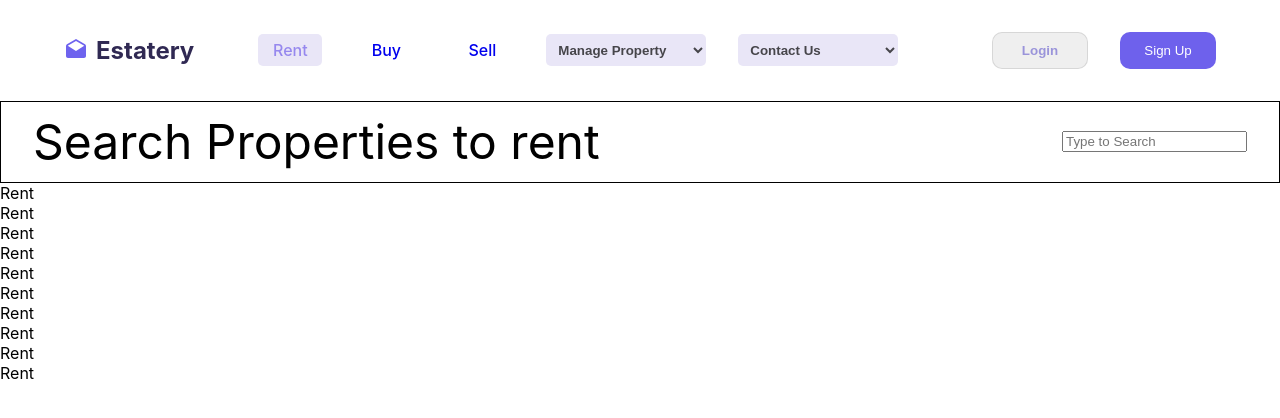
Repository: kapil4457/Reunion-Internship-Assignment
Page: /
An editor plug-in stored every save of this project. The page is shown before and after the next save, followed by the edit.
The browser window is 1280 px wide. The pictures show the whole page.
The project was rebuilt for these pictures with package versions that can differ from the ones it lists, and the page was loaded fresh each time. Also part of the build but not shown: src/App.css.

Above is the page before, as saved 2022-10-05 12:39:58.

### src/App.js
import { Route, Routes } from 'react-router-dom';
import './App.css';
import Header from './components/Header/Header';
import Home from  './components/Home/Home'
import Rent from './components/Rent/Rent';

function App() {
  return (
    <>
    <Header />
    <Routes>
      <Route path='/' element={<Home/>}/>
      <Route path='/rent' element={<Rent/>}/>
    </Routes>
    </>
  );
}

export default App;

### src/components/Header/Header.jsx
import React from "react";
import DraftsIcon from "@mui/icons-material/Drafts";
import { NavLink } from "react-router-dom";
import "./Header.css";
const Header = () => {
  return (
    <>
      <div className="header">
        <div className="left">
          <div className="logo">
            <DraftsIcon />
            <span>Estatery</span>
          </div>
          <div className="categories">
            <NavLink
              to="/rent"
              className={({ isActive }) => (isActive ? "activeClass" : "")}
            >
              Rent
            </NavLink>
            <NavLink
              strict
              to="/buy"
              className={({ isActive }) => (isActive ? "activeClass" : "")}
            >
              Buy
            </NavLink>
            <NavLink
              strict
              to="/sell"
              className={({ isActive }) => (isActive ? "activeClass" : "")}
            >
              Sell
            </NavLink>
            <select name="" id="manage">
              <option value="Manage Property" hidden>
                Manage Property
              </option>
              <option value="Owned">Owned</option>
              <option value="BookMarked">BookMarked</option>
            </select>
            <select name="" id="resources">
              <option value="contact">Contact Us</option>
              <option value="FAQ">FAQ</option>
            </select>
          </div>
        </div>
        <div className="right">
          <button className="login">Login</button>
          <button className="sign-up">Sign Up</button>
        </div>
      </div>
    </>
  );
};

export default Header;

### src/components/Home/Home.jsx
import React, { useEffect } from "react";
import { useNavigate } from "react-router-dom";

const Home = () => {
  const navigate = useNavigate();
  useEffect(() => {
    navigate("/rent");
  });
  return <></>;
};

export default Home;

### src/components/Rent/Rent.jsx
import React from "react";
import { home } from "../../home";
import RentCard from "../RentCard/RentCard";
import "./Rent.css";
const Rent = () => {
  return (
    <>
      <div className="rent-main">
        <div className="first">
          <div className="heading">Search Properties to rent</div>
          <input className="search-bar" placeholder="Type to Search" />
        </div>
        {home.map((item, idx) => (
          <RentCard data={item} key={idx} />
        ))}
      </div>
    </>
  );
};

export default Rent;

### src/components/Header/Header.css

.header{
display:flex;
justify-content:space-between;
align-items:center;
padding:2rem 4rem;
}

.left{
    display:flex;
    align-items:center;
    gap:4rem;
}
.left > .logo{
    display:flex;
    align-items:center;
    gap:0.5rem;
    font-size:1.5rem;
    font-weight:650;
    color:rgb(48,41,83);
}

.left > .logo > svg{
    color:rgb(110,99,238);
}

.categories{
    display:flex;
    align-items:center;
    gap:2rem;
}

.categories > a{
    text-decoration:none;
    font-weight:550;
    height:2rem;
    display:flex;
    align-items:center;
    width:4rem;
    justify-content: center;
}

.activeClass{
    color:rgb(150, 136, 238);
    background-color: rgb(233,230,247);
    border-radius: 5px;
}

.categories > select{
    width:10rem;
    height:2rem;
    border:none;
    outline:none;
    color:rgba(0,0,0,0.7);
    font-weight:550;
    background-color:rgb(233,230,247);
    border-radius:5px;
    padding:0 0.5rem;
}

.right{
    display:flex;
    align-items:center;
    gap:2rem;

}

.right > button {
    width:6rem;
    height:2.3rem;
    border-radius:10px;
    outline:none;

}

.login{
border:1px solid rgba(0,0,0,0.1);
color:rgb(154, 148, 218);
font-weight:650;
}

.sign-up
{
    background-color:rgb(110,97,236);
    color:white;
    border:none;
}

### src/home.js
export const home = [

        {
            state:"Nagpur",
            price:2500,
            address:" Lorem ipsum dolor sit amet consectetur adipisicing elit. Quis",
            bedCount:2,
            bathCount:2,
            area:"8x10",
            image:"h1.jpg",
            moveIn:new Date(2022,10,20)

        },
        {
            state:"Lonavala",
            price:2600,
            address:" Lorem ipsum dolor sit amet consectetur adipisicing elit. Quis",
            bedCount:2,
            bathCount:2,
            area:"8x12",
            image:"h2.jpg",
            moveIn:new Date(2022,11,20)


        },     {
            state:"Bathinda",
            price:3000,
            address:" Lorem ipsum dolor sit amet consectetur adipisicing elit. Quis",
            bedCount:3,
            bathCount:2,
            area:"10x12",
            image:"h3.jpg",
            moveIn:new Date(2022,11,12)


        },     {
            state:"Chandigarh",
            price:2700,
            address:" Lorem ipsum dolor sit amet consectetur adipisicing elit. Quis",
            bedCount:2,
            bathCount:2,
            area:"10x10",
            image:"h4.jpg",
            moveIn:new Date(2023,1,20)


        },     {
            state:"Pune",
            price:3800,
            address:" Lorem ipsum dolor sit amet consectetur adipisicing elit. Quis",
            bedCount:3,
            bathCount:3,
            area:"8x10",
            image:"h5.jpg",
            moveIn:new Date(2023,1,10)

        },     {
            state:"Shimla",
            price:3400,
            address:" Lorem ipsum dolor sit amet consectetur adipisicing elit. Quis",
            bedCount:3,
            bathCount:2,
            area:"12x10",
            image:"h6.jpg",
            moveIn:new Date(2023,2,15)


        },     {
            state:"Kochi",
            price:2100,
            address:" Lorem ipsum dolor sit amet consectetur adipisicing elit. Quis",
            bedCount:2,
            bathCount:2,
            area:"9x10",
            image:"h7.jpg",
            moveIn:new Date(2023 , 2 ,15)

        },     {
            state:"Banaras",
            price:2500,
            address:" Lorem ipsum dolor sit amet consectetur adipisicing elit. Quis",
            bedCount:2,
            bathCount:2,
            area:"8x10",
            image:"h8.jpg",
            moveIn:new Date(2023 , 3 ,19)


        },     {
            state:"Banglore",
            price:4000,
            address:" Lorem ipsum dolor sit amet consectetur adipisicing elit. Quis",
            bedCount:3,
            bathCount:2,
            area:"10x14",
            image:"h9.jpg",
            moveIn:new Date(2023 , 5 , 19)


        },     {
            state:"Aurangabad",
            price:3000,
            address:" Lorem ipsum dolor sit amet consectetur adipisicing elit. Quis",
            bedCount:2,
            bathCount:2,
            area:"8x10",
            image:"h10.jpg",
            moveIn:new Date(2023 , 6 , 6)


        },

]

### src/components/RentCard/RentCard.jsx
import React from "react";

const RentCard = ({ data }) => {
  return <div>Rent</div>;
};

export default RentCard;

### src/components/Rent/Rent.css
.first{
    display:flex;
    height:5rem;
    border:1px solid black;
    justify-content: space-between;
    align-items:center;
    padding:0 2rem;
}

.first > .heading{
    font-size:3rem;
}

Loaded but not shown: public/index.html (common file); src/index.js (common file); src/index.css (common file); src/reportWebVitals.js (common file)

After the next save:
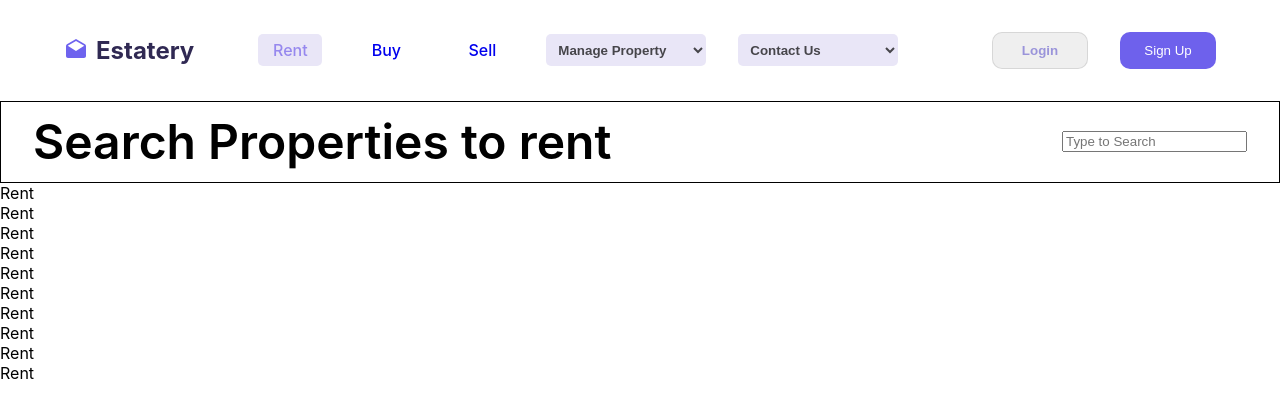
Saved 6 s later.
--- a/src/components/Rent/Rent.css
+++ b/src/components/Rent/Rent.css
@@ -9,4 +9,5 @@
 
 .first > .heading{
     font-size:3rem;
+    font-weight:600
 }
